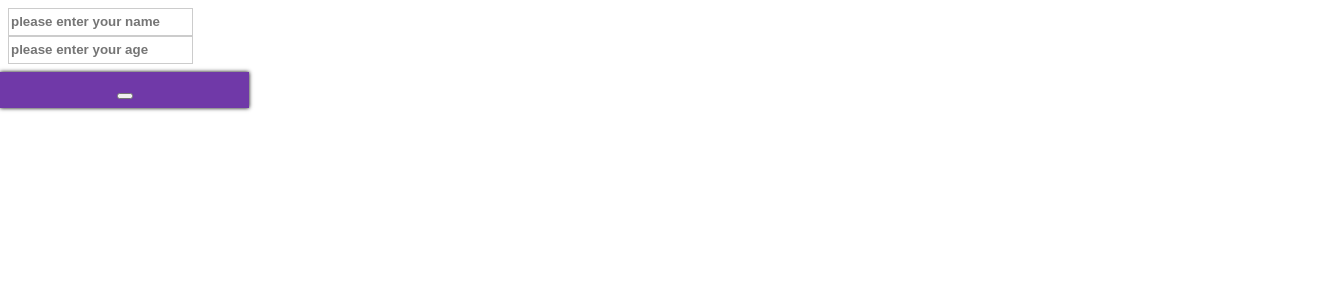
Repository: NamalPathirana/section-eight
Page: /
These files come from the project's save history. The page is drawn as it stood at one moment and after the next save; the edit follows.
The browser window is 1280 px wide. The page is 1280 px wide, then 1328 px, so the pictures cover 1328 px, including what lies to the right of the window. The pictures show the whole page.
The project was rebuilt for these pictures with package versions that can differ from the ones it lists, and the page was loaded fresh each time.

Above is the page before, as saved 2021-11-25 21:41:12.

After the next save:
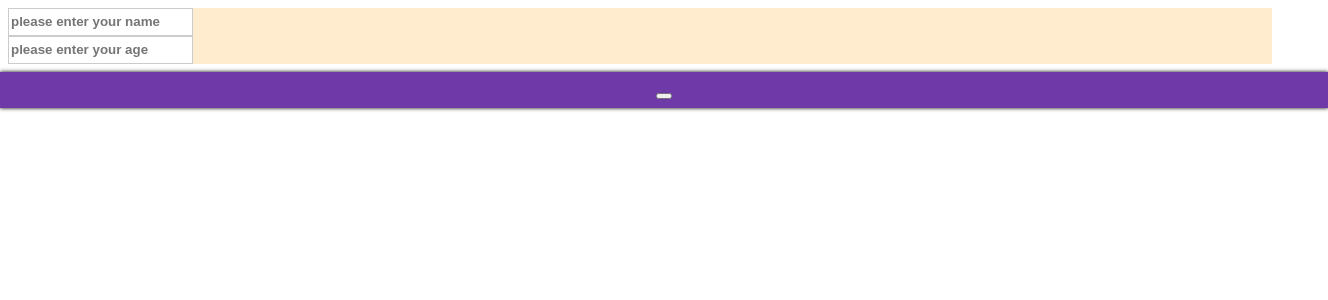
Saved 42 s later.
--- a/src/App.css
+++ b/src/App.css
@@ -1,5 +1,20 @@
 .App {
   text-align: center;
   display: flex;
-  flex-direction: row;
+  flex-direction: column;
 }
+
+#goals {
+  width: 35rem;
+  max-width: 90%;
+  margin: 3rem auto;
+}
+
+#goal-form {
+  width: 30rem;
+  max-width: 90%;
+  margin: 3rem auto;
+  padding: 2rem;
+  box-shadow: 0 2px 12px rgba(0, 0, 0, 0.2);
+  border-radius: 10px;
+}
